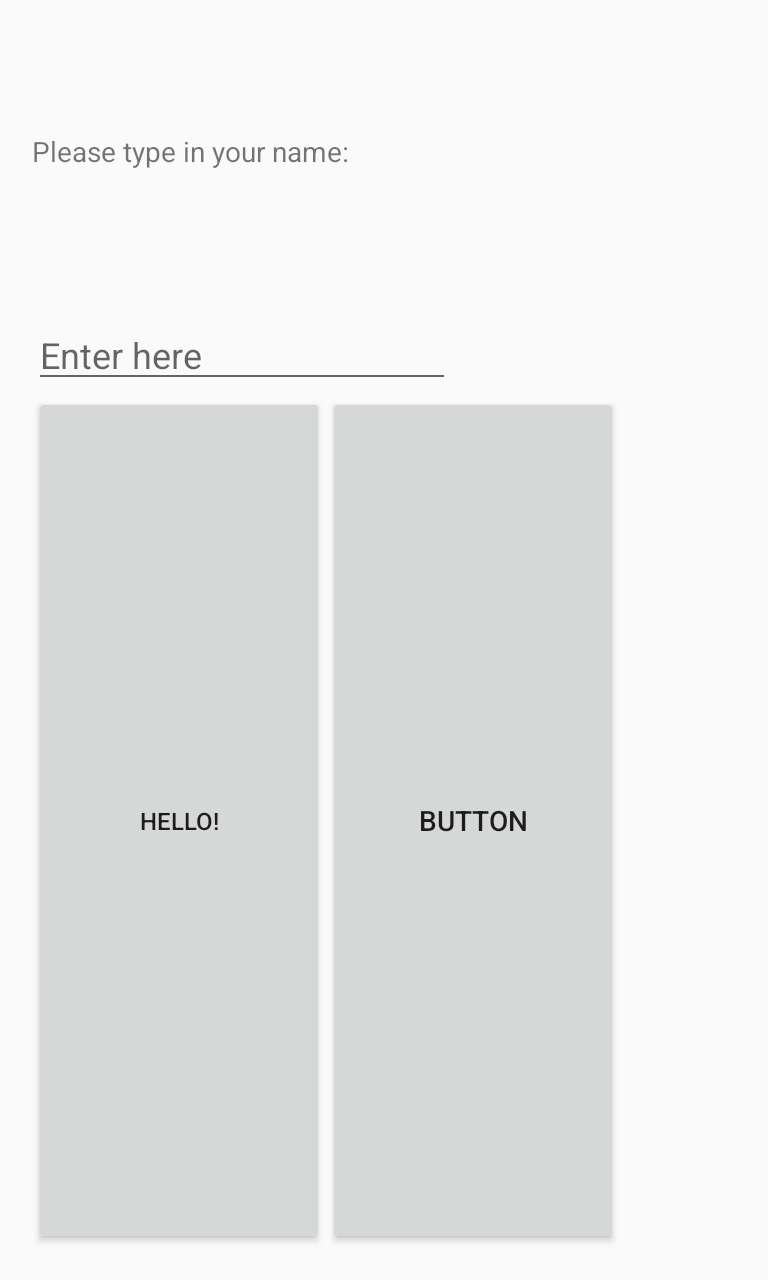
Repository: echolomaniac/HelloWorld
Layout: HelloWorld/res/layout/fragment_main.xml
An editor plug-in stored every save of this project. The layout is shown before and after the next save, followed by the edit.
It is drawn on a 768 x 1280 px phone screen (xhdpi) without system bars, with theme AppBaseTheme; the app's code is not run.

Above is the layout before, as saved 2014-05-06 05:42:10.

### HelloWorld/res/layout/fragment_main.xml
<RelativeLayout xmlns:android="http://schemas.android.com/apk/res/android"
    xmlns:tools="http://schemas.android.com/tools"
    android:layout_width="match_parent"
    android:layout_height="match_parent"
    android:paddingBottom="@dimen/activity_vertical_margin"
    android:paddingLeft="@dimen/activity_horizontal_margin"
    android:paddingRight="@dimen/activity_horizontal_margin"
    android:paddingTop="@dimen/activity_vertical_margin"
    tools:context="com.example.helloworld.MainActivity$PlaceholderFragment" >

    <LinearLayout
        android:id="@+id/linearLayout1"
        android:layout_width="fill_parent"
        android:layout_height="fill_parent"
        android:layout_alignParentLeft="true"
        android:orientation="vertical" >

        <TextView
            android:id="@+id/textView1"
            android:layout_width="wrap_content"
            android:layout_height="wrap_content"
            android:layout_marginTop="50dp"
            android:text="@string/enter_name" />

        <EditText
            android:id="@+id/editText1"
            android:layout_width="wrap_content"
            android:layout_height="wrap_content"
            android:layout_marginTop="70dp"
            android:ems="10"
            android:hint="@string/hint_enter_name" />

        <LinearLayout
            android:layout_width="fill_parent"
            android:layout_height="0dp"
            android:layout_weight="0.01" >

            <Button
                android:id="@+id/button1"
                android:layout_width="147dp"
                android:layout_height="match_parent"
                android:text="@string/hello_button"
                android:textSize="12sp" />

            <Button
                android:id="@+id/button2"
                android:layout_width="147dp"
                android:layout_height="match_parent"
                android:text="Button" />

        </LinearLayout>

    </LinearLayout>

</RelativeLayout>

### HelloWorld/res/values/strings.xml
<?xml version="1.0" encoding="utf-8"?>
<resources>

    <string name="app_name">HelloWorld</string>
    <string name="hello_world">Hello world!</string>
    <string name="action_settings">Settings</string>
    <string name="enter_name">Please type in your name:</string>
    <string name="hello_button">Hello!</string>
    <string name="hint_enter_name">Enter here</string>

</resources>

Loaded but not shown: HelloWorld/res/values-v11/styles.xml (common file); HelloWorld/res/values-v14/styles.xml (common file); HelloWorld/res/values/styles.xml (common file); HelloWorld/res/values/dimens.xml (common file); HelloWorld/res/values-w820dp/dimens.xml (common file)

After the next save:
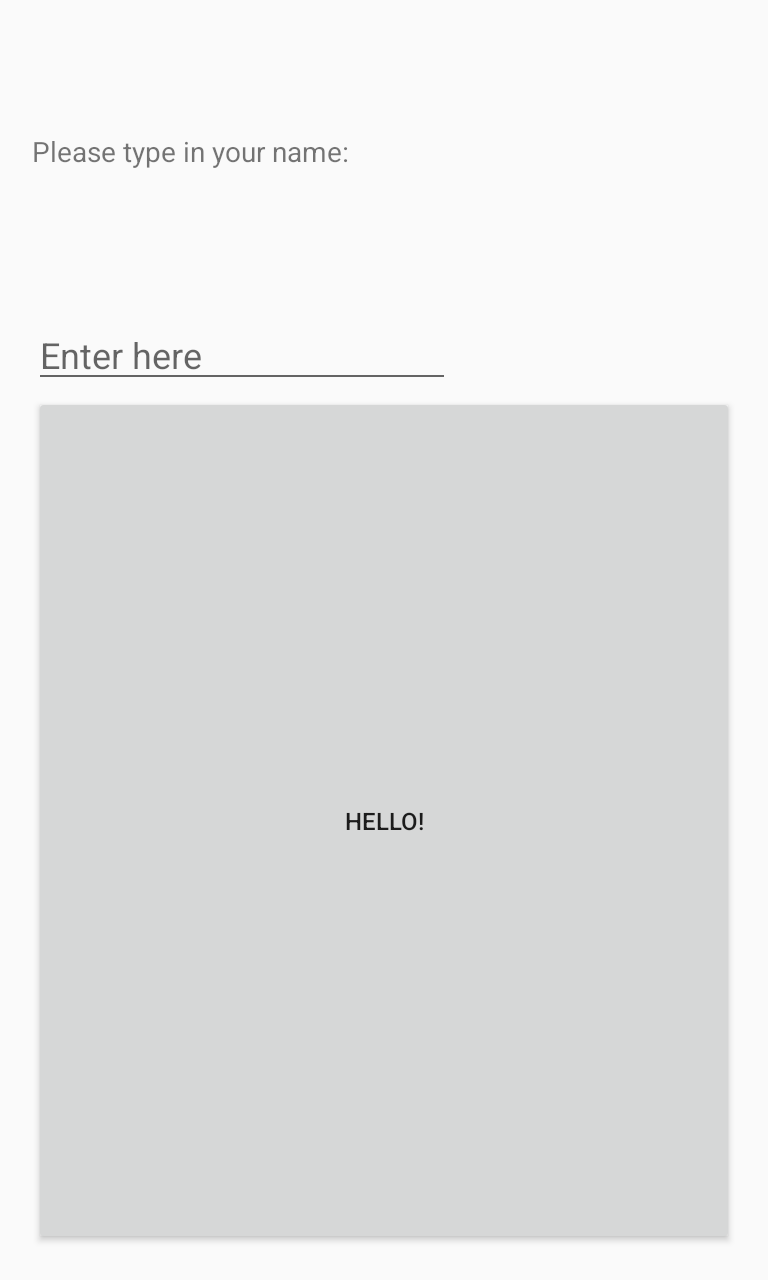
Saved 9 min 49 s later.
--- a/HelloWorld/res/layout/fragment_main.xml
+++ b/HelloWorld/res/layout/fragment_main.xml
@@ -37,17 +37,11 @@
 
             <Button
                 android:id="@+id/button1"
-                android:layout_width="147dp"
+                android:layout_width="180dp"
                 android:layout_height="match_parent"
+                android:layout_weight="0.46"
                 android:text="@string/hello_button"
                 android:textSize="12sp" />
-
-            <Button
-                android:id="@+id/button2"
-                android:layout_width="147dp"
-                android:layout_height="match_parent"
-                android:text="Button" />
-
         </LinearLayout>
 
     </LinearLayout>
